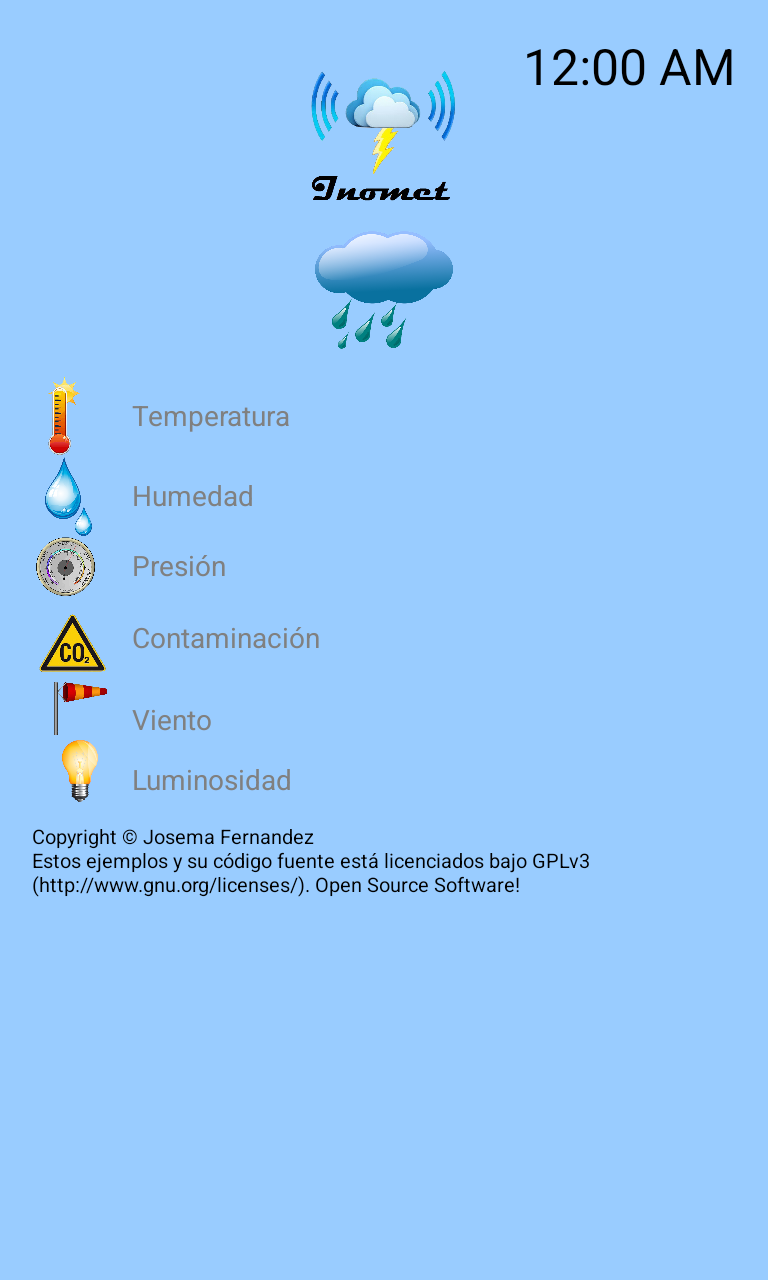
Repository: poxtius/android
Layout: Inomet/res/layout/activity_inomet.xml
The author's editor kept a copy of each file at every save. The layout is drawn from the files as they stood at one save, then again after the next save.
It is drawn on a 768 x 1280 px phone screen (xhdpi) without system bars, with theme AppTheme; the app's code is not run.

Above is the layout before, as saved 2014-02-28 08:12:12.

### Inomet/res/layout/activity_inomet.xml
<ScrollView xmlns:android="http://schemas.android.com/apk/res/android"
  xmlns:tools="http://schemas.android.com/tools"
  android:orientation="vertical"
  android:background="#99CCFF"
  android:layout_width="wrap_content"
  android:layout_height="fill_parent">

<RelativeLayout
    android:layout_width="match_parent"
    android:layout_height="wrap_content"
    android:paddingBottom="@dimen/activity_vertical_margin"
    android:paddingLeft="@dimen/activity_horizontal_margin"
    android:paddingRight="@dimen/activity_horizontal_margin"
    android:paddingTop="@dimen/activity_vertical_margin"
    tools:context=".Inomet" >

    <DigitalClock
        android:id="@+id/relojDigital"
        android:layout_width="wrap_content"
        android:layout_height="wrap_content"
        android:layout_alignParentRight="true"
        android:textSize="25sp"
        android:textColor="#ff000000"
        android:layout_marginBottom="20dp"
        android:layout_alignParentTop="true"/>

    <LinearLayout
        android:layout_width="match_parent"
        android:layout_height="match_parent"
        android:layout_marginTop="30dp"
        android:layout_alignParentLeft="true"
        android:layout_centerVertical="true"
        android:orientation="vertical"
        tools:ignore="UselessParent" >

        <ImageView
            android:id="@+id/logoInomet"
            android:layout_width="104dp"
            android:layout_height="71dp"
            android:layout_gravity="center"
            android:layout_marginBottom="10dp"
            android:contentDescription="@string/logoInomet"
            android:src="@drawable/logo" />

        <ImageView
            android:id="@+id/lluviaInomet"
            android:layout_width="69dp"
            android:layout_height="66dp"
            android:layout_gravity="center"
            android:layout_marginBottom="10dp"
            android:contentDescription="@string/lluviaInomet"
            android:src="@drawable/lluvia" />

        <LinearLayout
            android:layout_width="match_parent"
            android:layout_height="wrap_content"
            android:orientation="horizontal"
            tools:ignore="UseCompoundDrawables" >

            <ImageView
                android:id="@+id/tempeInomet"
                android:layout_width="32dp"
                android:layout_height="40dp"
                android:layout_marginRight="18dp"
                android:contentDescription="@string/tempeInomet"
                android:src="@drawable/tempe" />

            <TextView
                android:id="@+id/tempeText"
                android:layout_width="match_parent"
                android:layout_height="wrap_content"
                android:paddingTop="10dp"
                android:hint="@string/tempeInomet" />

        </LinearLayout>

        <LinearLayout
            android:layout_width="match_parent"
            android:layout_height="wrap_content"
            tools:ignore="UseCompoundDrawables" >

            <ImageView
                android:id="@+id/humedadInomet"
                android:layout_width="36dp"
                android:layout_height="40dp"
                android:layout_marginRight="14dp"
                android:contentDescription="@string/humedadInomet"
                android:src="@drawable/humedad" />

            <TextView
                android:id="@+id/humedadText"
                android:layout_width="match_parent"
                android:layout_height="wrap_content"
                android:layout_weight="1"
                android:hint="@string/humedadInomet"
                android:paddingTop="10dp"
                tools:ignore="InefficientWeight" />

        </LinearLayout>

        <LinearLayout
            android:layout_width="match_parent"
            android:layout_height="wrap_content"
            tools:ignore="UseCompoundDrawables" >

            <ImageView
                android:id="@+id/presionInomet"
                android:layout_width="34dp"
                android:layout_height="31dp"
                android:layout_marginRight="16dp"
                android:contentDescription="@string/presionInomet"
                android:src="@drawable/presion" />

            <TextView
                android:id="@+id/presionText"
                android:layout_width="match_parent"
                android:layout_height="wrap_content"
                android:layout_weight="0.75"
                android:ems="10"
                android:hint="@string/presionInomet"
                android:paddingTop="5dp"
                tools:ignore="InefficientWeight" >

            </TextView>

        </LinearLayout>

        <LinearLayout
            android:layout_width="match_parent"
            android:layout_height="wrap_content"
            tools:ignore="UseCompoundDrawables" >

            <ImageView
                android:id="@+id/contaInomet"
                android:layout_width="41dp"
                android:layout_height="41dp"
                android:layout_marginRight="9dp"
                android:paddingTop="5dp"
                android:contentDescription="@string/contaInomet"
                android:src="@drawable/contaminacion" />

            <TextView
                android:id="@+id/contaminacionText"
                android:layout_width="fill_parent"
                android:layout_height="wrap_content"
                android:paddingTop="10dp"
                android:hint="@string/contaInomet" />
        </LinearLayout>

        <LinearLayout
            android:layout_width="match_parent"
            android:layout_height="wrap_content"
            tools:ignore="UseCompoundDrawables" >

            <ImageView
                android:id="@+id/vientoInomet"
                android:layout_width="48dp"
                android:layout_height="30dp"
                android:layout_marginRight="2dp"
                android:contentDescription="@string/vientoInomet"
                android:src="@drawable/viento" />

            <TextView
                android:id="@+id/vientoText"
                android:layout_width="fill_parent"
                android:layout_height="wrap_content"
                android:paddingTop="10dp"
                android:hint="@string/vientoInomet" />

        </LinearLayout>

         <LinearLayout
             android:layout_width="match_parent"
             android:layout_height="wrap_content"
             tools:ignore="UseCompoundDrawables" >

            <ImageView
                android:id="@+id/luminosidadInomet"
                android:layout_width="48dp"
                android:layout_height="31dp"
                android:layout_marginRight="2dp"
                android:contentDescription="@string/luminosidadInomet"
                android:src="@drawable/luminosidad" />

            <TextView
                android:id="@+id/luminosidadText"
                android:layout_width="fill_parent"
                android:layout_height="wrap_content"
                android:paddingTop="10dp"
                android:hint="@string/luminosidadInomet" />

        </LinearLayout>

    <TextView
        android:layout_width="wrap_content"
        android:layout_height="wrap_content"
        android:layout_alignParentBottom="true"
        android:layout_marginTop="10dp"
        android:text="@string/license"
        android:textColor="#000000"
        android:textSize="10dip"
        tools:ignore="ObsoleteLayoutParam,SpUsage" />

    </LinearLayout>


</RelativeLayout>



</ScrollView>

### Inomet/res/values/strings.xml
<?xml version="1.0" encoding="utf-8"?>
<resources>

    <string name="app_name">Inomet</string>
    <string name="action_settings">Settings</string>
    <string name="logoInomet">Inomet</string>
    <string name="lluviaInomet">Llueve?</string>
    <string name="tempeInomet">Temperatura</string>
    <string name="humedadInomet">Humedad</string>
    <string name="presionInomet">Presión</string>
    <string name="contaInomet">Contaminación</string>
	<string name="vientoInomet">Viento</string>
	<string name="luminosidadInomet">Luminosidad</string>
	<string name="direccionEstacion">Dirección de la Estación Metereologica</string>
	<string name="direccionWeb">10.123.5.43</string>
	<string name="dirOKestacion">OK</string>

	<string name="license">Copyright &#169; Josema Fernandez\nEstos ejemplos y su código fuente está licenciados bajo GPLv3 (http://www.gnu.org/licenses/). Open Source Software!</string>

</resources>

Loaded but not shown: Inomet/res/values/styles.xml (common file); Inomet/res/values-v11/styles.xml (common file); Inomet/res/values-v14/styles.xml (common file); Inomet/res/values/dimens.xml (common file)

After the next save:
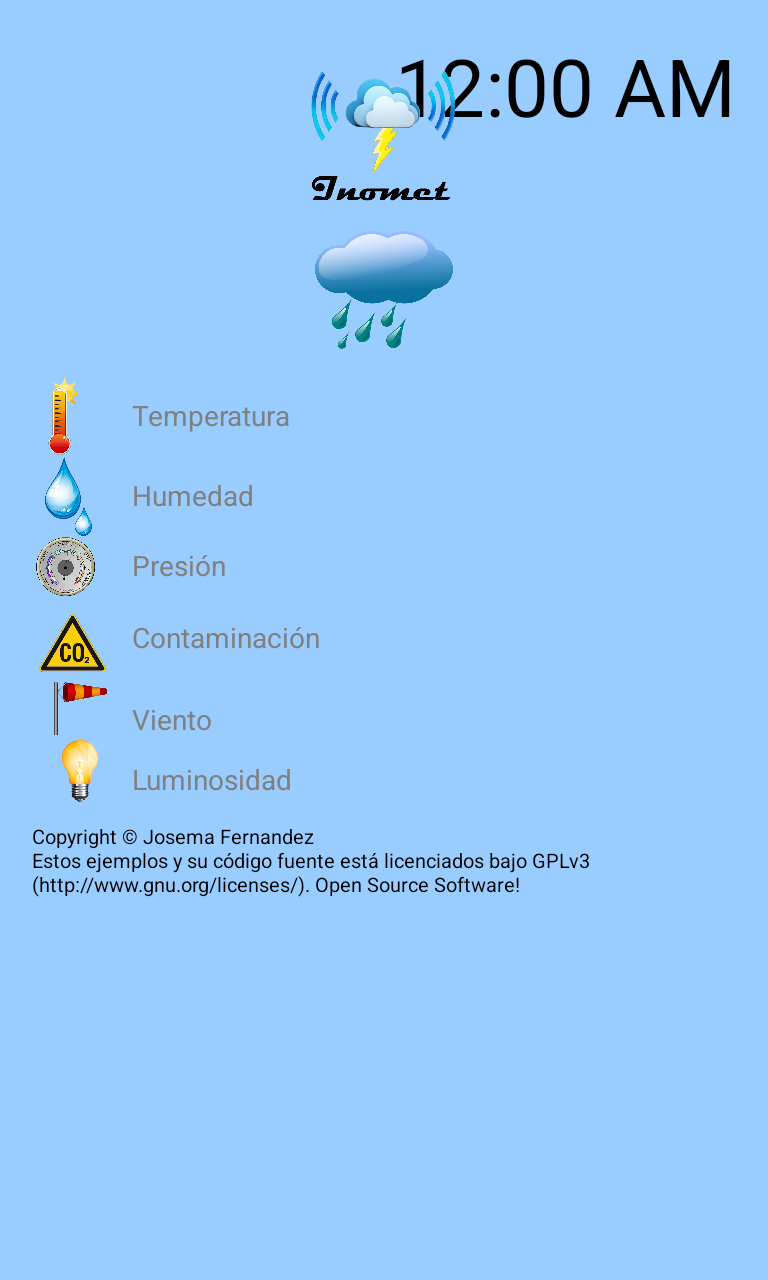
Saved 7 min 47 s later.
--- a/Inomet/res/layout/activity_inomet.xml
+++ b/Inomet/res/layout/activity_inomet.xml
@@ -19,7 +19,7 @@
         android:layout_width="wrap_content"
         android:layout_height="wrap_content"
         android:layout_alignParentRight="true"
-        android:textSize="25sp"
+        android:textSize="40sp"
         android:textColor="#ff000000"
         android:layout_marginBottom="20dp"
         android:layout_alignParentTop="true"/>
